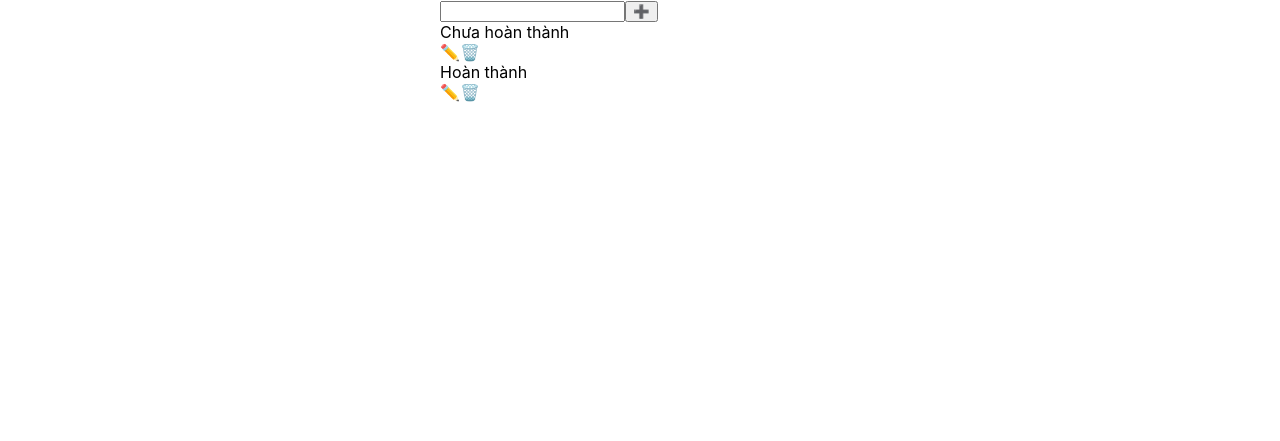
Repository: ChauVanLoc/TodoList-Reactjs
Page: / (app in todo-app/)
These files come from the project's save history. The page is drawn as it stood at one moment and after the next save; the edit follows.
The browser window is 1280 px wide. The pictures show the whole page.
The project was rebuilt for these pictures with package versions that can differ from the ones it lists, and the page was loaded fresh each time.

Above is the page before, as saved 2022-12-04 17:47:41.

After the next save:
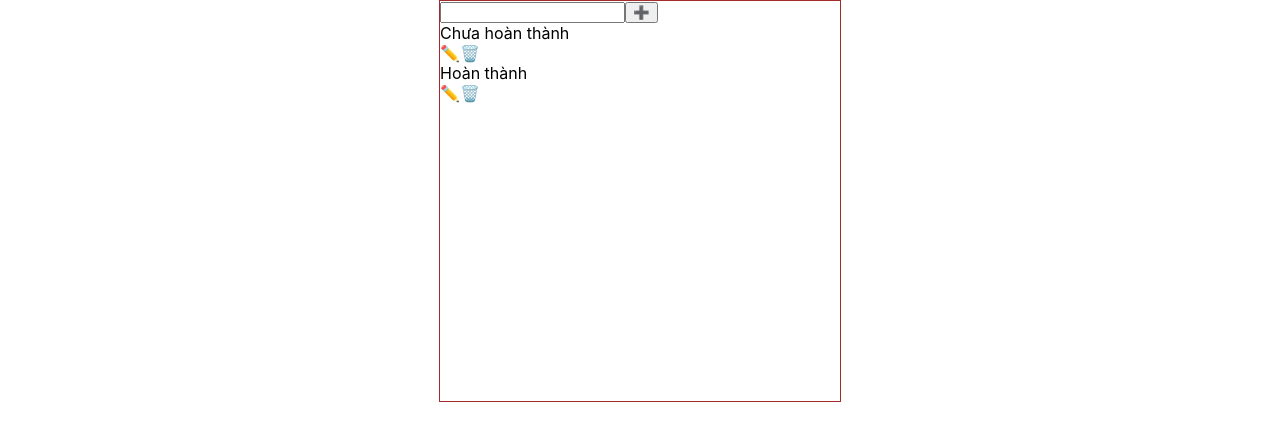
Saved 39 s later.
--- a/todo-app/src/components/TodoList/TodoListStyle.module.scss
+++ b/todo-app/src/components/TodoList/TodoListStyle.module.scss
@@ -3,4 +3,5 @@
   height: 400px;
   margin-left: auto;
   margin-right: auto;
+  border: 1px solid brown;
 }
